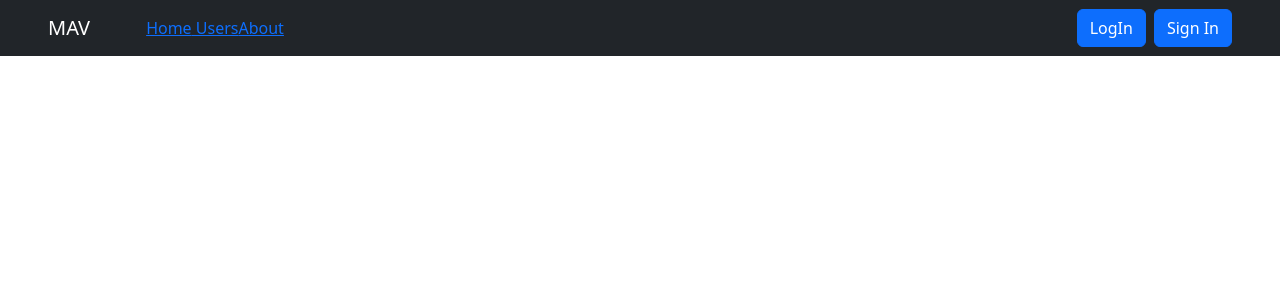
Repository: Dekabrist94/Bootstrap-First-Page
Page: /about
The author's editor kept a copy of each file at every save. The page is drawn from the files as they stood at one save, then again after the next save.
The browser window is 1280 px wide. The pictures show the whole page.
The project was rebuilt for these pictures with package versions that can differ from the ones it lists, and the page was loaded fresh each time. Also part of the build but not shown: src/components/Home.js, src/components/Users.js.

Above is the page before, as saved 2023-04-13 09:32:29.

After the next save:
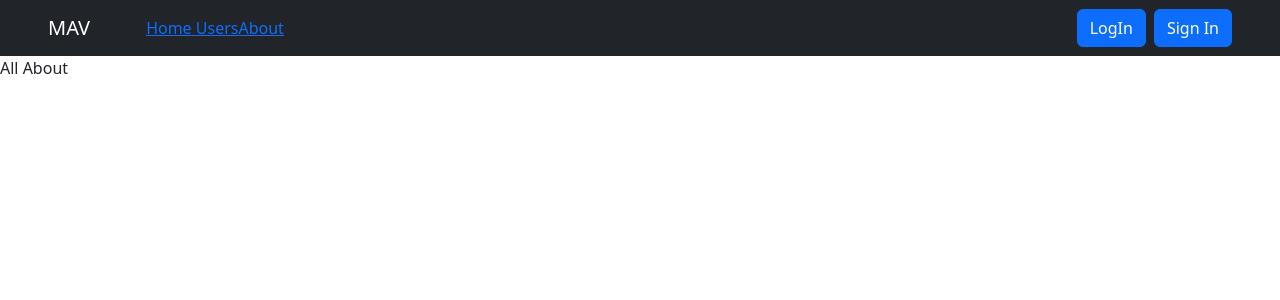
Saved 10 s later.
--- a/src/components/About.js
+++ b/src/components/About.js
@@ -1,5 +1,5 @@
 import React from 'react';
 
 export const About = () => {
-  return <></>;
+  return <>All About</>;
 };
